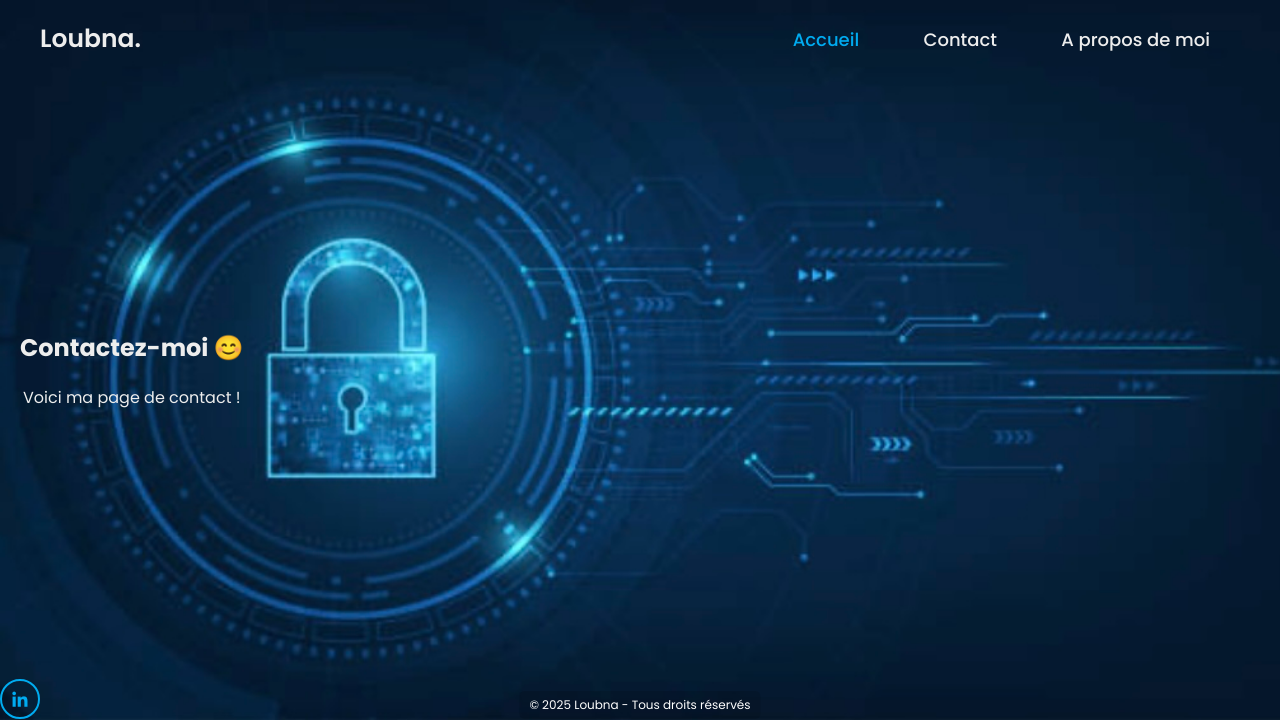
Repository: Loubna77290/Portfolio-de-Loubna
Page: contact.html
These files come from the project's save history. The page is drawn as it stood at one moment and after the next save; the edit follows.
The browser window is 1280 px wide. The pictures show the whole page.

Above is the page before, as saved 2025-03-10 22:39:21.

After the next save:
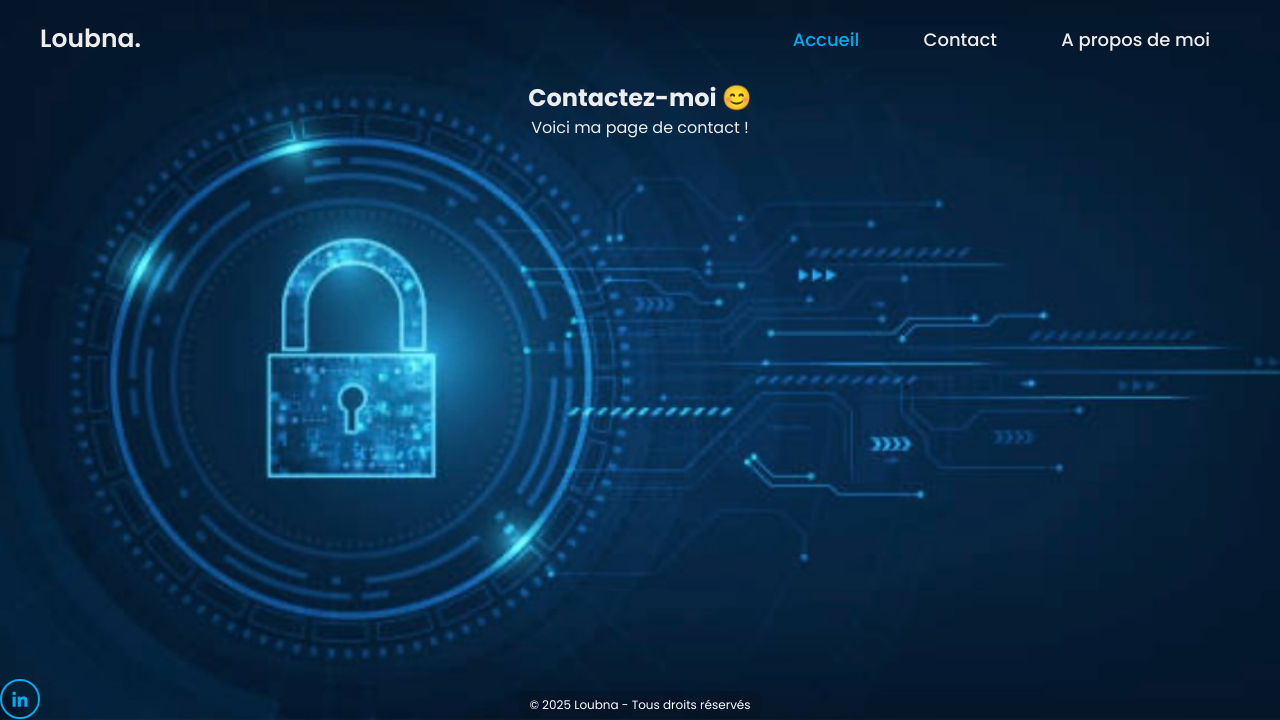
Saved 105 s later.
--- a/style.css
+++ b/style.css
@@ -268,18 +268,14 @@ body {
     display: flex;
 }
 
-.contact-background h1 {
-    margin: 20px;
-
-}
-
 .contact-contenu {
     display: flex;
     flex-direction: column;
-    justify-content: center;
+    justify-content: flex-start;
     align-items: center;
     text-align: center;
-
+    margin-top: 80px;
+    width: 100%;
 }
 
 /* footer page à propos de moi  */
